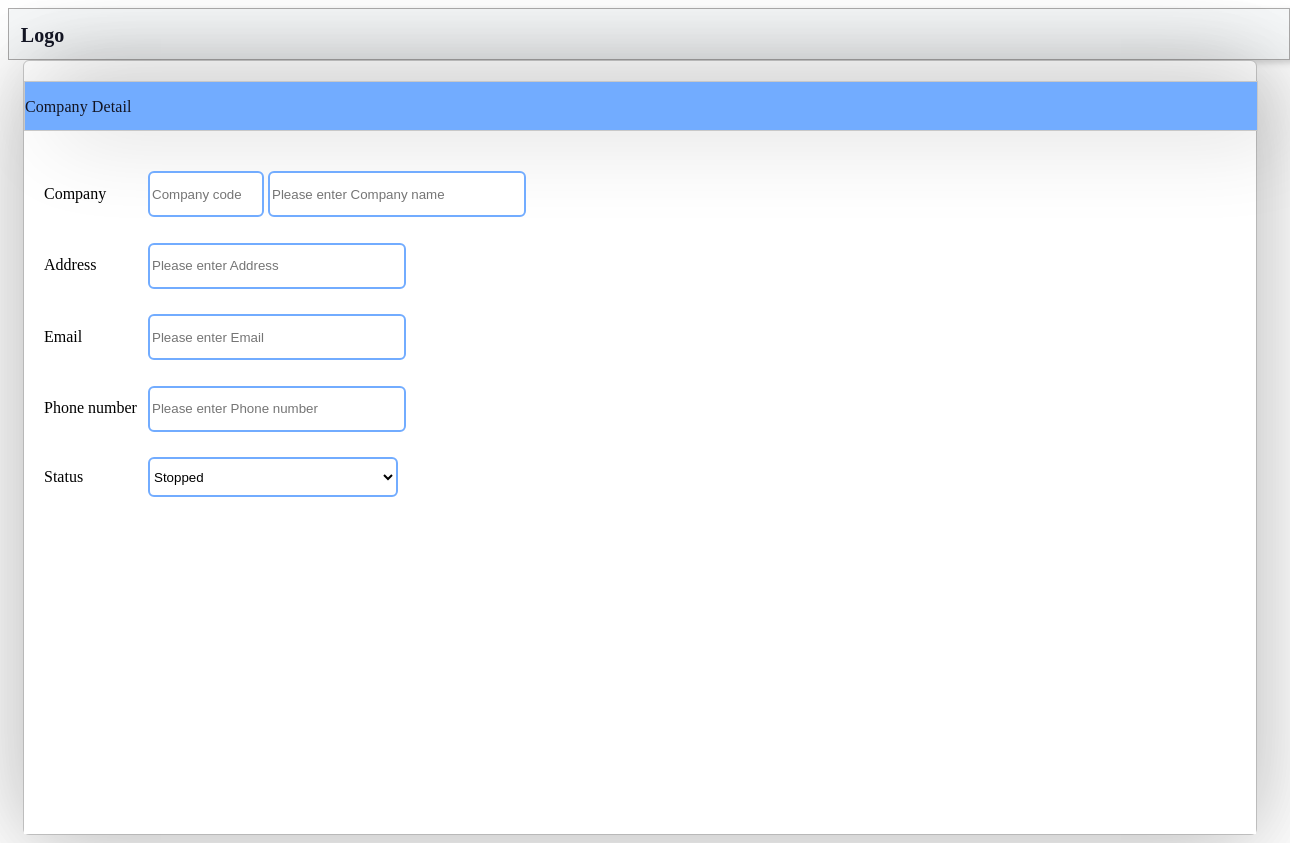
Repository: Zain1409/company
Page: client/html/CompanyDetail.html
An editor plug-in stored every save of this project. The page is shown before and after the next save, followed by the edit.
The browser window is 1280 px wide. The page is 1290 px wide, so the pictures cover 1290 px, including what lies to the right of the window. The pictures show the whole page.

Above is the page before, as saved 2021-04-04 16:37:44.

After the next save:
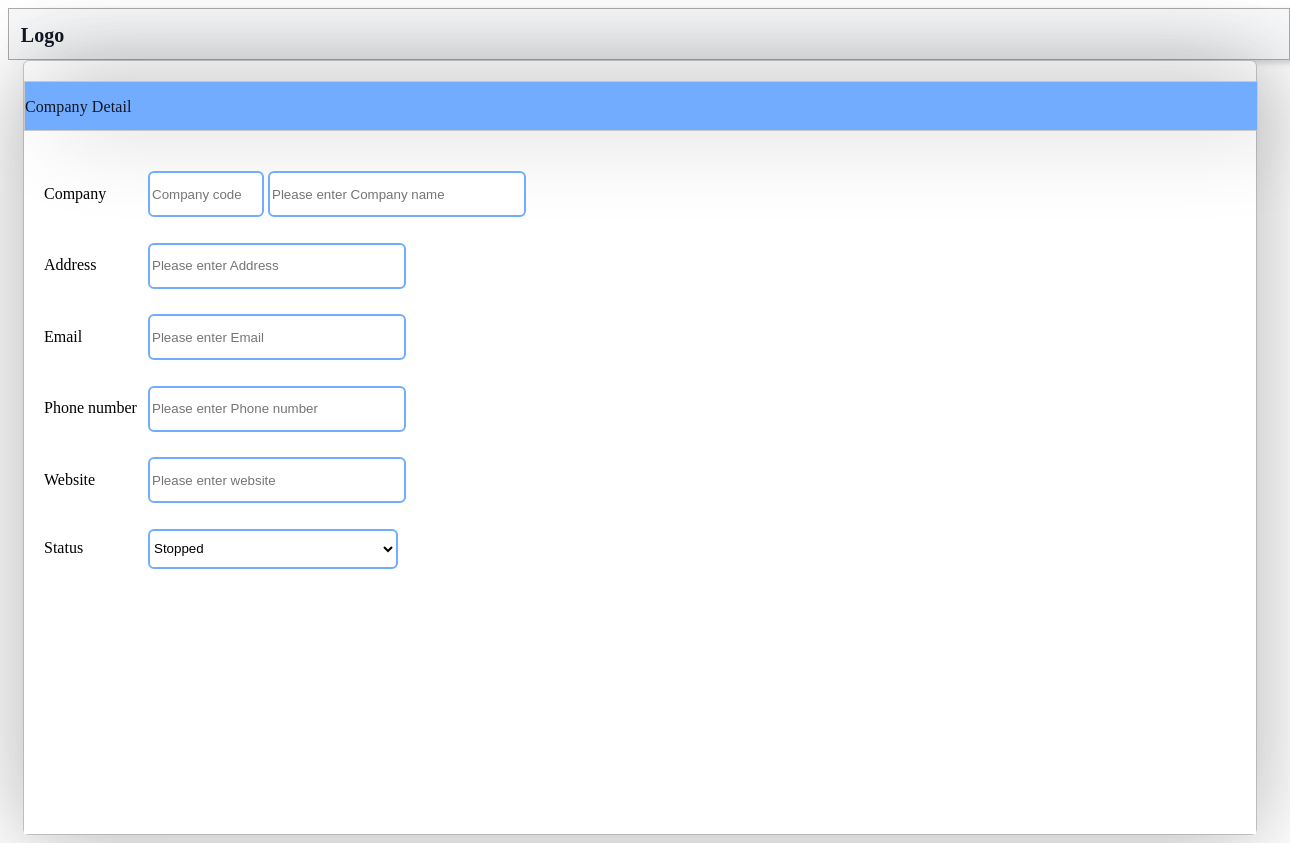
Saved 4 h 51 min later.
--- a/client/html/CompanyDetail.html
+++ b/client/html/CompanyDetail.html
@@ -29,6 +29,9 @@
                 <label id="properties">Phone number</label> <input id="phone_number" type="text" placeholder="Please enter Phone number" >
                 <br>
                 <br>
+                <label id="properties">Website</label> <input id="website" type="text" placeholder="Please enter website " >
+                <br>
+                <br>
                 <label id="properties">Status</label> <select name="" id="form_select">
                     <option value="stopped">Stopped</option>
                     <option value="working">Working</option>
